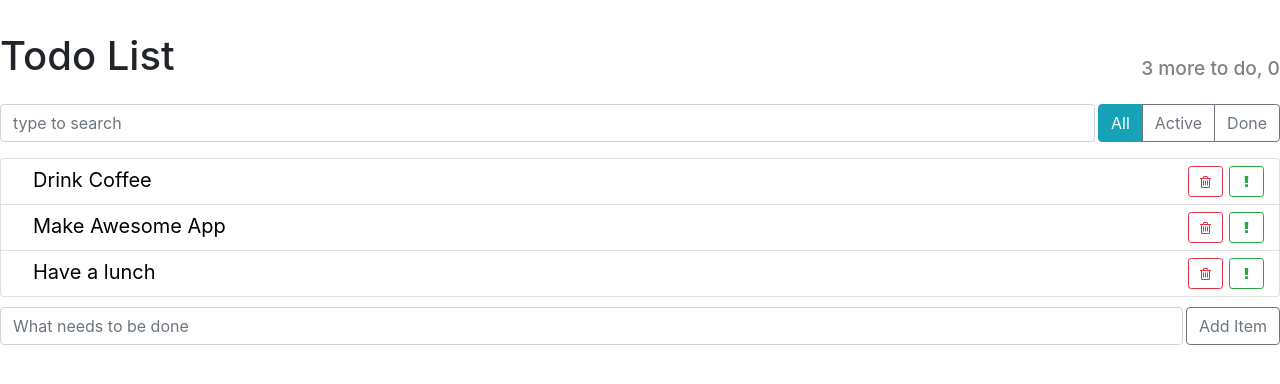
Repository: max535/react-todo-list
Page: /
An editor plug-in stored every save of this project. The page is shown before and after the next save, followed by the edit.
The browser window is 1280 px wide. The pictures show the whole page.
The project was rebuilt for these pictures with package versions that can differ from the ones it lists, and the page was loaded fresh each time.

Above is the page before, as saved 2022-01-22 21:05:40.

### public/index.html
<!DOCTYPE html>
<html>

<head>
  <meta charset="utf-8" />
  <meta
    name="viewport"
    content="width=device-width, initial-scale=1"
  >
  <link
    rel="stylesheet"
    href="https://stackpath.bootstrapcdn.com/font-awesome/4.7.0/css/font-awesome.min.css"
  >
  <link
    rel="stylesheet"
    href="https://stackpath.bootstrapcdn.com/bootstrap/4.1.3/css/bootstrap.min.css"
  >
  <title>Todo App</title>
</head>

<body>
  <div id="root"></div>
</body>

</html>

### src/index.js
import React from 'react';
import ReactDOM from 'react-dom';

import { App } from './components/App';

ReactDOM.render(<App />, document.getElementById('root'));

### src/components/App/index.jsx
import React from 'react';

import { AppHeader } from '../AppHeader';
import { SearchPanel } from '../SearchPanel';
import { TodoList } from '../TodoList';
import { ItemStatusFilter } from '../ItemStatusFilter/index.jsx';
import { ItemAddForm } from '../ItemAddForm';

import './App.css';

export class App extends React.Component {
    maxId = 100;

    state = {
        todoData: [
            this.createTodoItem('Drink Coffee'),
            this.createTodoItem('Make Awesome App'),
            this.createTodoItem('Have a lunch'),
        ],
        term: '',
        filter: 'all',
    };

    createTodoItem(label) {
        return {
            label,
            important: false,
            done: false,
            id: this.maxId++,
        }
    }

    deleteItem = (id) => {
        this.setState(({ todoData }) => {
            const idx = todoData.findIndex((el) => el.id === id);

            const newArray = [
                ...todoData.slice(0, idx),
                ...todoData.slice(idx + 1),
            ];

            return {
                todoData: newArray,
            };
        });
    };

    addItem = (text) => {
        const newItem = this.createTodoItem(text);

        this.setState(({ todoData }) => {
            const newArr = [
                ...todoData,
                newItem,
            ];

            return {
                todoData: newArr,
            };
        });
    };

    toggleProperty(arr, id, propName) {
        const idx = arr.findIndex((el) => el.id === id);

        const oldItem = arr[idx];
        const newItem = { ...oldItem, [propName]: !oldItem[propName] };

        return [
            ...arr.slice(0, idx),
            newItem,
            ...arr.slice(idx + 1),
        ];
    }

    onToggleDone = (id) => {
        this.setState(({ todoData }) => {
            return {
                todoData: this.toggleProperty(todoData, id, 'done'),
            };
        });
    };

    onToggleImportant = (id) => {
        this.setState(({ todoData }) => {
            return {
                todoData: this.toggleProperty(todoData, id, 'important'),
            };
        });
    };

    onSearchChange = (term) => {
        this.setState({ term });
    };

    onFilterChange = (filter) => {
        this.setState({ filter });
    };

    search(items, term) {
        if (term.length === 0) {
            return items;
        }

        return items.filter((item) => {
            return item.label.toLowerCase().indexOf(term.toLowerCase()) > -1;
        });
    };

    filter(items, filter) {
        switch (filter) {
            case 'all':
                return items;
            case 'active':
                return items.filter((item) => !item.done);
            case 'done':
                return items.filter((item) => item.done);
            default:
                return items;
        }
    }

    render() {
        const { todoData, term, filter } = this.state;

        const visibleItems = this.filter(this.search(todoData, term), filter);

        const doneCount = todoData.filter((el) => el.done).length;
        const todoCount = todoData.length - doneCount;

        return (
            <div className="todo-app">
                <AppHeader toDo={todoCount} done={doneCount} />
                <div className="top-panel d-flex">
                    <SearchPanel
                        onSearchChange={this.onSearchChange}
                    />
                    <ItemStatusFilter
                        filter={filter}
                        onFilterChange={this.onFilterChange}
                    />
                </div>

                <TodoList
                    todos={visibleItems}
                    onDeleted={this.deleteItem}
                    onToggleImportant={this.onToggleImportant}
                    onToggleDone={this.onToggleDone}
                />

                <ItemAddForm onItemAdded={this.addItem} />
            </div>
        );
    }
};

### src/components/AppHeader.jsx
import React from 'react';

import './AppHeader.css';

export const AppHeader = ({toDo, done}) => {
    return (
        <div className="app-header d-flex">
            <h1>Todo List</h1>
            <h2>{toDo} more to do, {done}</h2>
        </div>
    );
};

### src/components/SearchPanel.jsx
import React from 'react';

import './SearchPanel.css';

export const SearchPanel = () => {
    return (
        <input
            type="text"
            className="form-control search-input"
            placeholder="type to search"
        />
    );
}

### src/components/TodoList.jsx
import React from 'react';

import { TodoListItem } from './TodoListItem';

import './TodoList.css';

export const TodoList = ({todos}) => {

    const elements = todos.map((item) => {
        const {id, ...itemProps} = item;

        return (
            <li key={id} className="list-group-item">
                <TodoListItem {...itemProps} />
            </li>
        );
    });

    return (
        <ul className="list-group todo-list">
            {elements}
        </ul>
    );
};

### src/components/ItemStatusFilter/index.jsx
import React from 'react';

import './ItemStatusFilter.css';

export class ItemStatusFilter extends React.Component {
    buttons = [
        { name: 'all', label: 'All' },
        { name: 'active', label: 'Active' },
        { name: 'done', label: 'Done' },
    ];

    render() {
        const { filter, onFilterChange } = this.props;

        const buttons = this.buttons.map(({ name, label }) => {
            const isActive = filter === name;
            const clazz = isActive ? 'btn-info' : 'btn-outline-secondary';

            return (
                <button
                    type="button"
                    className={`btn ${clazz}`}
                    key={name}
                    onClick={() => onFilterChange(name)}
                >
                    {label}
                </button>
            );
        });

        return (
            <div className="btn-group">
                {buttons}
            </div>
        );
    }
};

### src/components/ItemAddForm/index.jsx
import React from 'react';

import './ItemAddForm.css';

export class ItemAddForm extends React.Component {
    state = {
        label: '',
    };

    onLabelChange = (e) => {
        this.setState({
            label: e.target.value,
        });

    };

    onSubmit = (e) => {
        this.props.onItemAdded(this.state.label);
        e.preventDefault();
        this.setState({
            label: '',
        });
    };

    render() {
        return (
            <form
                className="item-add-form d-flex"
                onSubmit={this.onSubmit}
            >
                <input
                    type="text"
                    className="form-control"
                    onChange={this.onLabelChange}
                    placeholder="What needs to be done"
                    value={this.state.label}
                />
                <button className="btn btn-outline-secondary">Add Item</button>
            </form>
        );
    }
};

### src/components/App/App.css
.todo-app {
    margin: 2rem auto 0 auto;
}

.top-panel {
    margin: 1rem 0;
}

### src/components/SearchPanel.css
.search-input {
    width: auto;
    flex-grow: 1;
    margin-right: 3px;
}

### src/components/TodoListItem.jsx
import React from 'react';

import './TodoListItem.css';

export const TodoListItem = ({label, important = false}) => {

    const style = {
        color: important ? 'tomato' : 'black',
        fontWeight: important ? 'bold' : 'normal'
    };

    return (
        <span className="todo-list-item">
            <span
                className="todo-list-item-label"
                style={style}
            >
                {label}
            </span>

            <button
                type="button"
                className="btn btn-outline-success btn-sm float-right"
            >
                <i className="fa fa-exclamation" />
            </button>

            <button
                type="button"
                className="btn btn-outline-danger btn-sm float-right"
            >
                <i className="fa fa-trash-o" />
            </button>
        </span>
    );
};

### src/components/ItemAddForm/ItemAddForm.css
.item-add-form {
    margin-top: 10px;
}

.item-add-form input {
    margin-right: 3px;
}

Loaded but not shown: src/components/AppHeader.css (common file); src/components/TodoList.css (common file); src/components/TodoListItem.css (common file); src/components/ItemStatusFilter/ItemStatusFilter.css (no stored copy; drawn as an empty file)

After the next save:
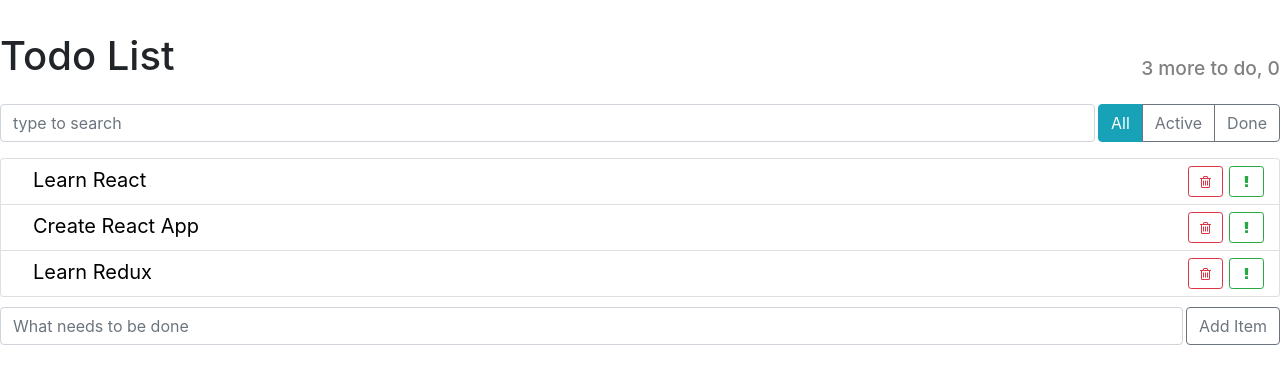
Saved 43 s later.
--- a/src/components/App/index.jsx
+++ b/src/components/App/index.jsx
@@ -13,9 +13,9 @@ export class App extends React.Component {
 
     state = {
         todoData: [
-            this.createTodoItem('Drink Coffee'),
-            this.createTodoItem('Make Awesome App'),
-            this.createTodoItem('Have a lunch'),
+            this.createTodoItem('Learn React'),
+            this.createTodoItem('Create React App'),
+            this.createTodoItem('Learn Redux'),
         ],
         term: '',
         filter: 'all',
